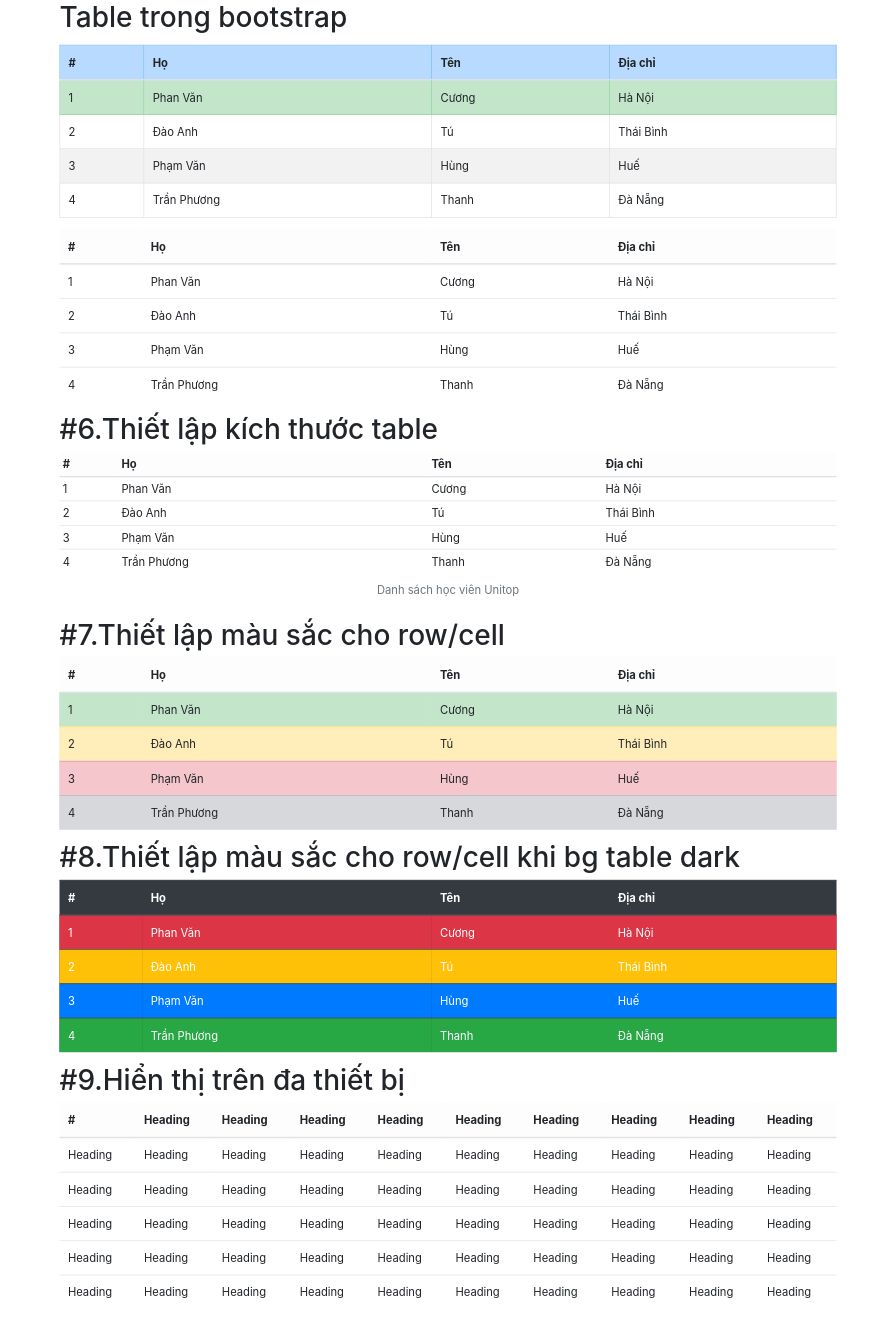
Repository: anhtu2110/front_end
Page: lesson/bootstrap/advance/5.2-table.html
An editor plug-in stored every save of this project. The page is shown before and after the next save, followed by the edit.
The browser window is 1280 px wide. The pictures show the whole page, at 70% of full size.

Above is the page before, as saved 2022-12-06 20:27:28.

### lesson/bootstrap/advance/5.2-table.html
<!DOCTYPE html>
<html lang="en">
  <head>
    <meta charset="UTF-8" />
    <meta http-equiv="X-UA-Compatible" content="IE=edge" />
    <meta name="viewport" content="width=device-width, initial-scale=1.0" />
    <link rel="stylesheet" href="./bootstrap/css/bootstrap.min.css" />
    <title>Table trong bootstrap</title>
  </head>
  <body>
    <div class="container">
      <div class="row">
        <div class="col-md-12">
          <h1 class="table">Table trong bootstrap</h1>
          <table class="table table-bordered table-striped table-hover">
            <thead class="table-primary">
              <tr>
                <th>#</th>
                <th>Họ</th>
                <th>Tên</th>
                <th>Địa chỉ</th>
              </tr>
            </thead>
            <tbody>
              <tr class="table-success">
                <td>1</td>
                <td>Phan Văn</td>
                <td>Cương</td>
                <td>Hà Nội</td>
              </tr>
              <tr>
                <td>2</td>
                <td>Đào Anh</td>
                <td>Tú</td>
                <td>Thái Bình</td>
              </tr>
              <tr>
                <td>3</td>
                <td>Phạm Văn</td>
                <td>Hùng</td>
                <td>Huế</td>
              </tr>
              <tr>
                <td>4</td>
                <td>Trần Phương</td>
                <td>Thanh</td>
                <td>Đà Nẵng</td>
              </tr>
            </tbody>
          </table>
          <table class="table table-hover">
            <thead class="table-light">
              <tr>
                <th>#</th>
                <th>Họ</th>
                <th>Tên</th>
                <th>Địa chỉ</th>
              </tr>
            </thead>
            <tbody>
              <tr>
                <td>1</td>
                <td>Phan Văn</td>
                <td>Cương</td>
                <td>Hà Nội</td>
              </tr>
              <tr>
                <td>2</td>
                <td>Đào Anh</td>
                <td>Tú</td>
                <td>Thái Bình</td>
              </tr>
              <tr>
                <td>3</td>
                <td>Phạm Văn</td>
                <td>Hùng</td>
                <td>Huế</td>
              </tr>
              <tr>
                <td>4</td>
                <td>Trần Phương</td>
                <td>Thanh</td>
                <td>Đà Nẵng</td>
              </tr>
            </tbody>
          </table>
          <h1 class="tex-center">#6.Thiết lập kích thước table</h1>
          <table class="table table-sm table-hover">
            <caption class="text-center">
              Danh sách học viên Unitop
            </caption>
            <thead class="table-light">
              <tr>
                <th>#</th>
                <th>Họ</th>
                <th>Tên</th>
                <th>Địa chỉ</th>
              </tr>
            </thead>
            <tbody>
              <tr>
                <td>1</td>
                <td>Phan Văn</td>
                <td>Cương</td>
                <td>Hà Nội</td>
              </tr>
              <tr>
                <td>2</td>
                <td>Đào Anh</td>
                <td>Tú</td>
                <td>Thái Bình</td>
              </tr>
              <tr>
                <td>3</td>
                <td>Phạm Văn</td>
                <td>Hùng</td>
                <td>Huế</td>
              </tr>
              <tr>
                <td>4</td>
                <td>Trần Phương</td>
                <td>Thanh</td>
                <td>Đà Nẵng</td>
              </tr>
            </tbody>
          </table>
          <h1 class="tex-center">#7.Thiết lập màu sắc cho row/cell</h1>
          <table class="table table-hover">
            <thead class="table-light">
              <tr>
                <th>#</th>
                <th>Họ</th>
                <th>Tên</th>
                <th>Địa chỉ</th>
              </tr>
            </thead>
            <tbody>
              <tr class="table-success">
                <td>1</td>
                <td>Phan Văn</td>
                <td>Cương</td>
                <td>Hà Nội</td>
              </tr>
              <tr class="table-warning">
                <td>2</td>
                <td>Đào Anh</td>
                <td>Tú</td>
                <td>Thái Bình</td>
              </tr>
              <tr class="table-danger">
                <td>3</td>
                <td>Phạm Văn</td>
                <td>Hùng</td>
                <td>Huế</td>
              </tr>
              <tr class="table-secondary">
                <td>4</td>
                <td>Trần Phương</td>
                <td>Thanh</td>
                <td>Đà Nẵng</td>
              </tr>
            </tbody>
          </table>
          <h1 class="tex-center">
            #8.Thiết lập màu sắc cho row/cell khi bg table dark
          </h1>
          <table class="table table-hover table-dark">
            <thead>
              <tr>
                <th>#</th>
                <th>Họ</th>
                <th>Tên</th>
                <th>Địa chỉ</th>
              </tr>
            </thead>
            <tbody>
              <tr class="bg-danger">
                <td>1</td>
                <td>Phan Văn</td>
                <td>Cương</td>
                <td>Hà Nội</td>
              </tr>
              <tr class="bg-warning">
                <td>2</td>
                <td>Đào Anh</td>
                <td>Tú</td>
                <td>Thái Bình</td>
              </tr>
              <tr class="bg-primary">
                <td>3</td>
                <td>Phạm Văn</td>
                <td>Hùng</td>
                <td>Huế</td>
              </tr>
              <tr class="bg-success">
                <td>4</td>
                <td>Trần Phương</td>
                <td>Thanh</td>
                <td>Đà Nẵng</td>
              </tr>
            </tbody>
          </table>
          <h1 class="tex-center">#9.Hiển thị trên đa thiết bị</h1>
          <table class="table table-hover">
            <thead class="table-light">
              <tr>
                <th>#</th>
                <th>Heading</th>
                <th>Heading</th>
                <th>Heading</th>
                <th>Heading</th>
                <th>Heading</th>
                <th>Heading</th>
                <th>Heading</th>
                <th>Heading</th>
                <th>Heading</th>
              </tr>
            </thead>
            <tbody>
              <tr>
                <td>Heading</td>
                <td>Heading</td>
                <td>Heading</td>
                <td>Heading</td>
                <td>Heading</td>
                <td>Heading</td>
                <td>Heading</td>
                <td>Heading</td>
                <td>Heading</td>
                <td>Heading</td>
              </tr>
              <tr>
                <td>Heading</td>
                <td>Heading</td>
                <td>Heading</td>
                <td>Heading</td>
                <td>Heading</td>
                <td>Heading</td>
                <td>Heading</td>
                <td>Heading</td>
                <td>Heading</td>
                <td>Heading</td>
              </tr>
              <tr>
                <td>Heading</td>
                <td>Heading</td>
                <td>Heading</td>
                <td>Heading</td>
                <td>Heading</td>
                <td>Heading</td>
                <td>Heading</td>
                <td>Heading</td>
                <td>Heading</td>
                <td>Heading</td>
              </tr>
              <tr>
                <td>Heading</td>
                <td>Heading</td>
                <td>Heading</td>
                <td>Heading</td>
                <td>Heading</td>
                <td>Heading</td>
                <td>Heading</td>
                <td>Heading</td>
                <td>Heading</td>
                <td>Heading</td>
              </tr>
              <tr>
                <td>Heading</td>
                <td>Heading</td>
                <td>Heading</td>
                <td>Heading</td>
                <td>Heading</td>
                <td>Heading</td>
                <td>Heading</td>
                <td>Heading</td>
                <td>Heading</td>
                <td>Heading</td>
              </tr>
            </tbody>
          </table>
        </div>
      </div>
    </div>
    <script src="js/jquery-3.6.1.min.js"></script>
    <script src="js/popper.min.js"></script>
    <script src="./bootstrap/js/bootstrap.min.js"></script>
  </body>
</html>

Loaded but not shown: lesson/bootstrap/advance/bootstrap/css/bootstrap.min.css (library); lesson/bootstrap/advance/js/jquery-3.6.1.min.js (library); lesson/bootstrap/advance/js/popper.min.js (library); lesson/bootstrap/advance/bootstrap/js/bootstrap.min.js (library)

After the next save:
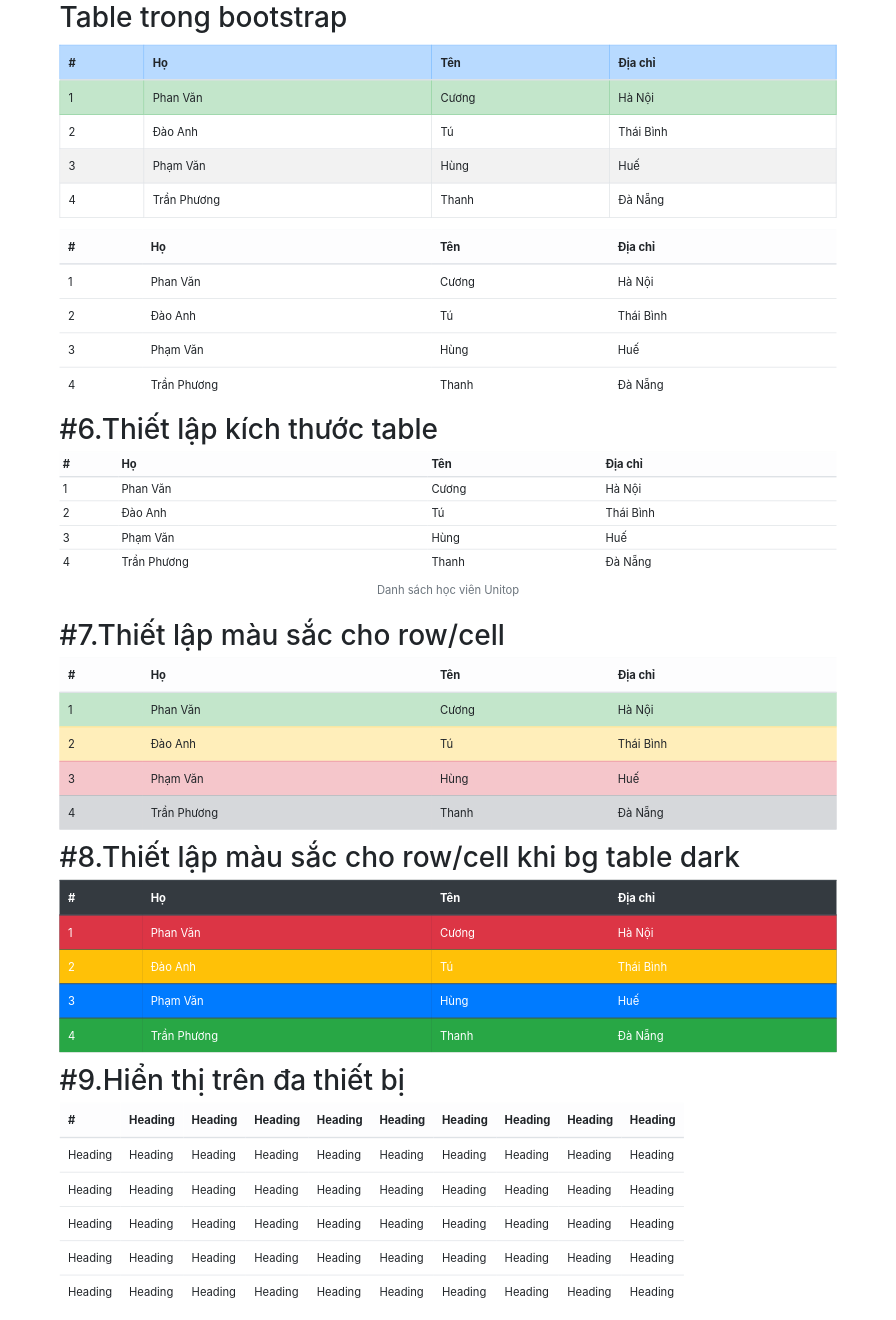
Saved 53 s later.
--- a/lesson/bootstrap/advance/5.2-table.html
+++ b/lesson/bootstrap/advance/5.2-table.html
@@ -201,7 +201,7 @@
             </tbody>
           </table>
           <h1 class="tex-center">#9.Hiển thị trên đa thiết bị</h1>
-          <table class="table table-hover">
+          <table class="table table-hover table-responsive">
             <thead class="table-light">
               <tr>
                 <th>#</th>

After the save that followed:
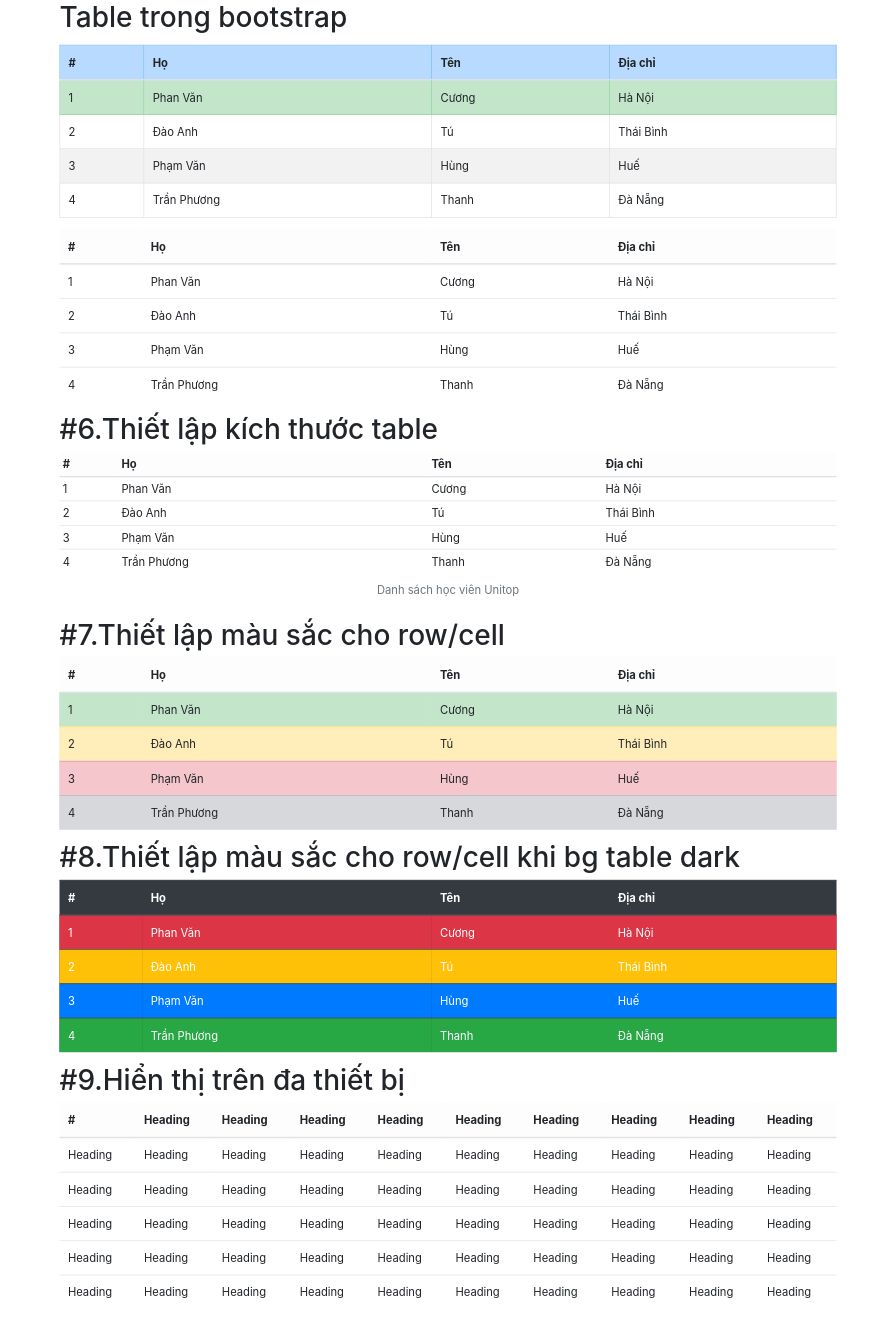
Saved 78 s later.
--- a/lesson/bootstrap/advance/5.2-table.html
+++ b/lesson/bootstrap/advance/5.2-table.html
@@ -201,7 +201,7 @@
             </tbody>
           </table>
           <h1 class="tex-center">#9.Hiển thị trên đa thiết bị</h1>
-          <table class="table table-hover table-responsive">
+          <table class="table table-hover table-responsive-md">
             <thead class="table-light">
               <tr>
                 <th>#</th>
